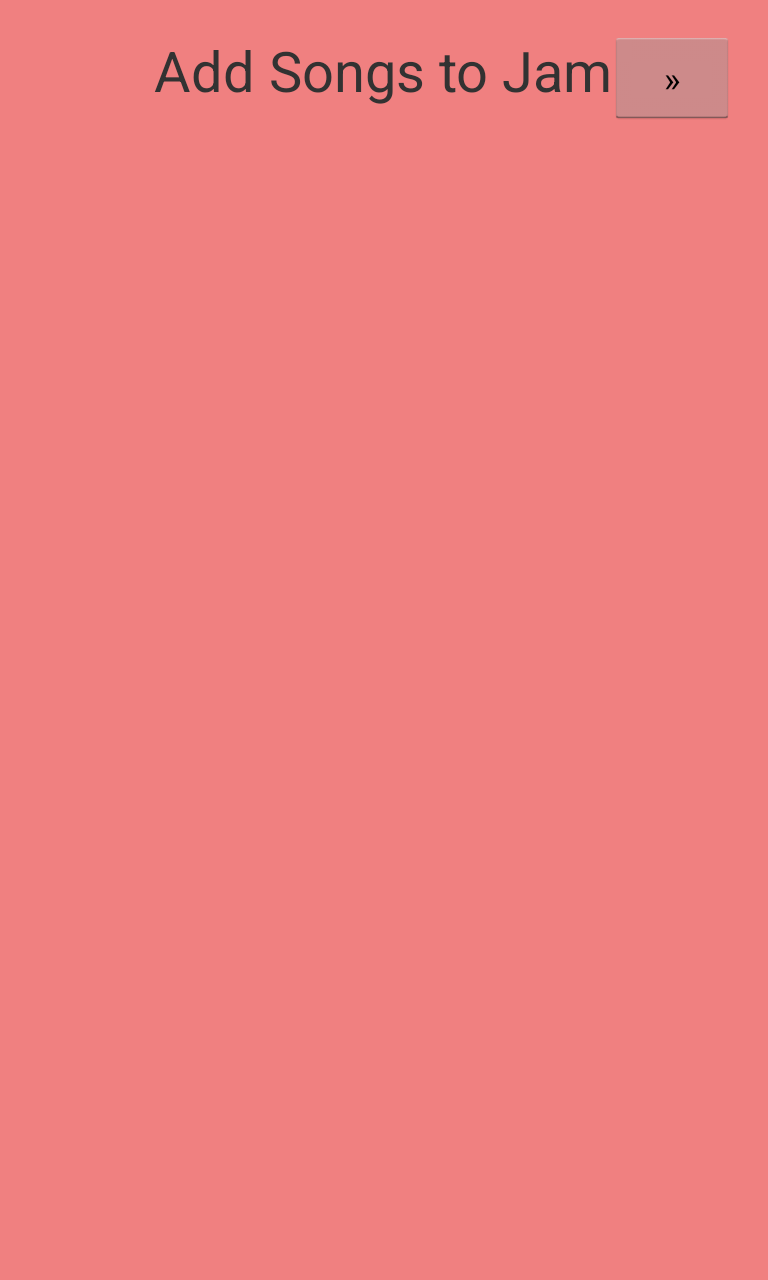
Repository: JayThomason/Tutti
Layout: tuttiUI/tuttiUI/res/layout/activity_new_jam.xml
An editor plug-in stored every save of this project. The layout is shown before and after the next save, followed by the edit.
It is drawn on a 768 x 1280 px phone screen (xhdpi) without system bars, with theme AppTheme; the app's code is not run. Lists and similar views that code fills are empty.

Above is the layout before, as saved 2014-03-09 08:29:09.

After the next save:
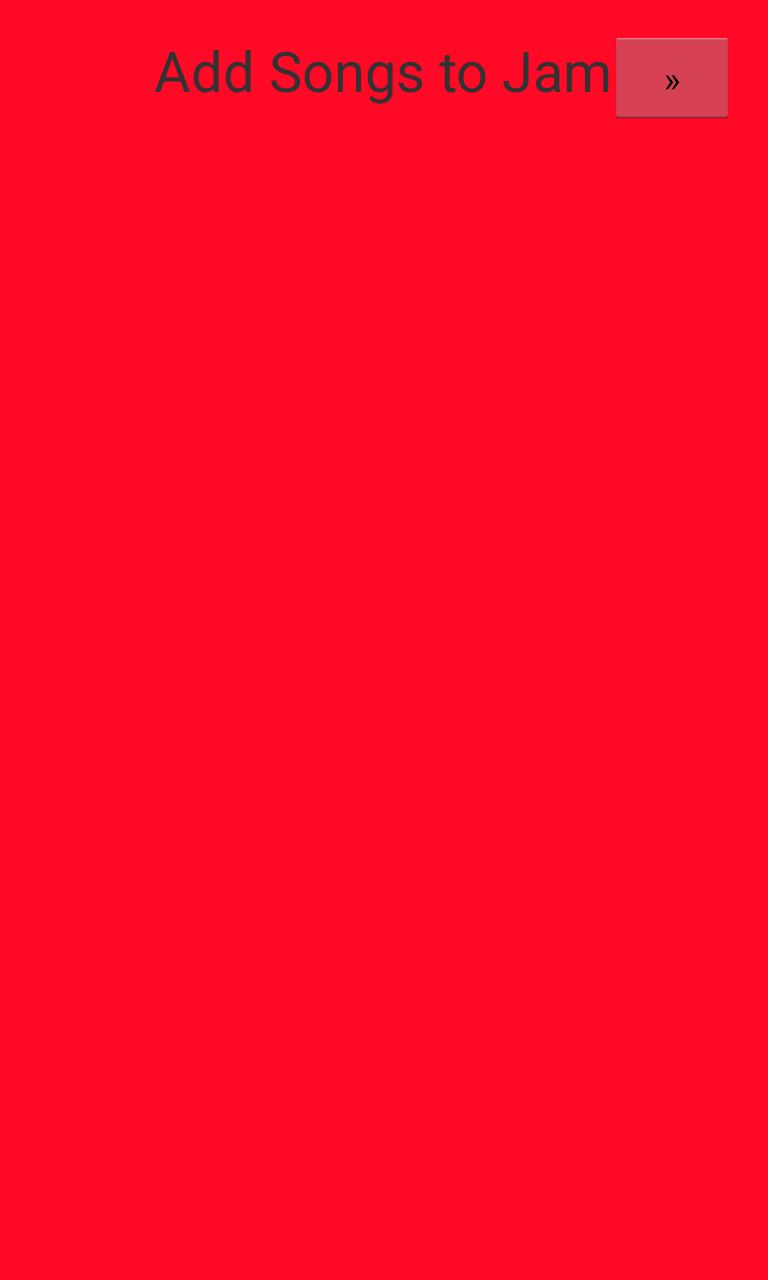
Saved 55 s later.
--- a/tuttiUI/tuttiUI/res/layout/activity_new_jam.xml
+++ b/tuttiUI/tuttiUI/res/layout/activity_new_jam.xml
@@ -6,7 +6,7 @@
     android:paddingLeft="@dimen/activity_horizontal_margin"
     android:paddingRight="@dimen/activity_horizontal_margin"
     android:paddingTop="@dimen/activity_vertical_margin"
-    android:background="#F08080"
+    android:background="#FF0927"
     tools:context=".NewJamActivity" >
 
     <TextView
